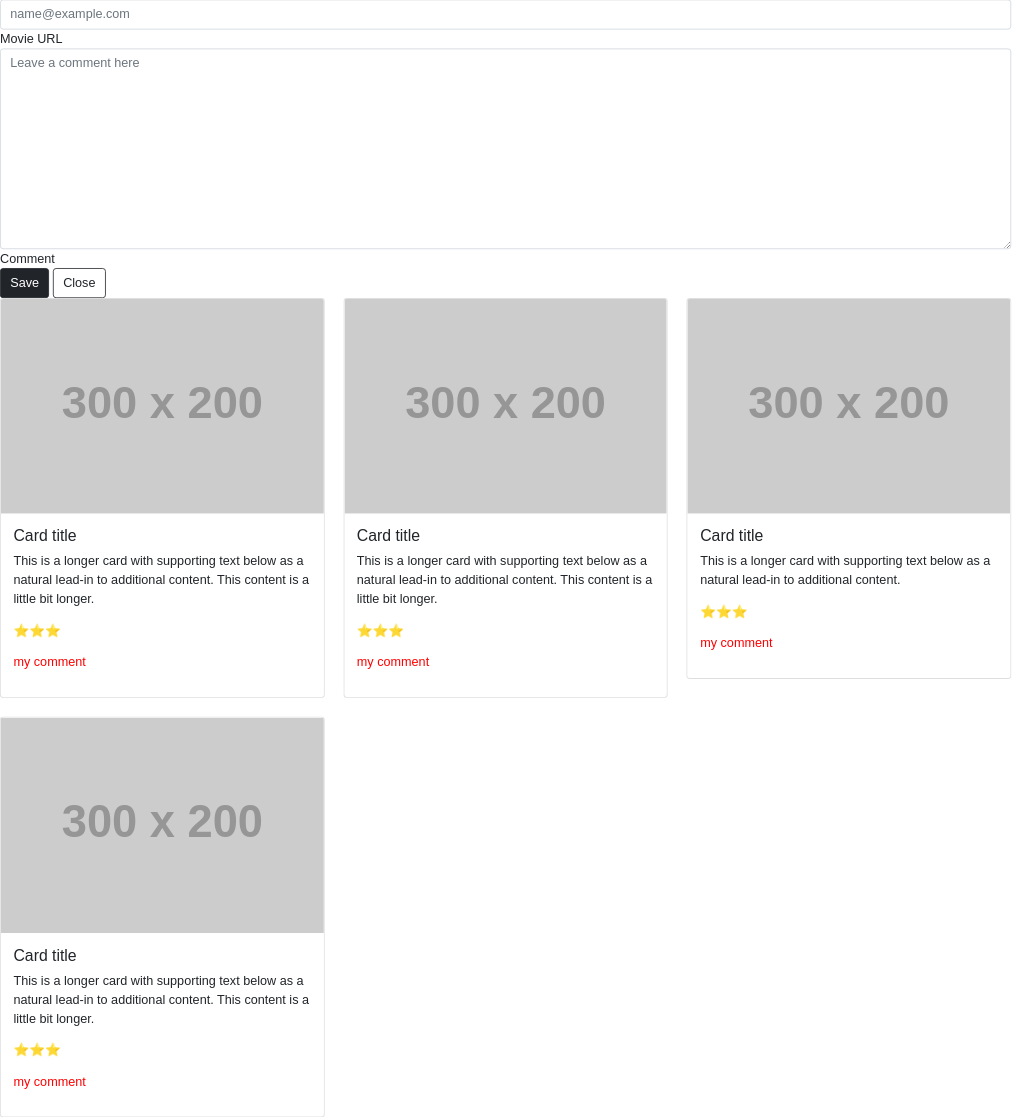
Repository: sinayaka-body/sparta
Page: frontend/bootstrap.html
An editor plug-in stored every save of this project. The page is shown before and after the next save, followed by the edit.
The browser window is 1280 px wide. The page is 1292 px wide, so the pictures cover 1292 px, including what lies to the right of the window. The pictures show the part of the page from y = 250 to 1725 px (the page is 1665 px tall before and 1725 px after), at 79% of full size.
Some web fonts or font styles are not loaded; a fallback is used.

Above is the page before, as saved 2023-04-15 16:39:06.

After the next save:
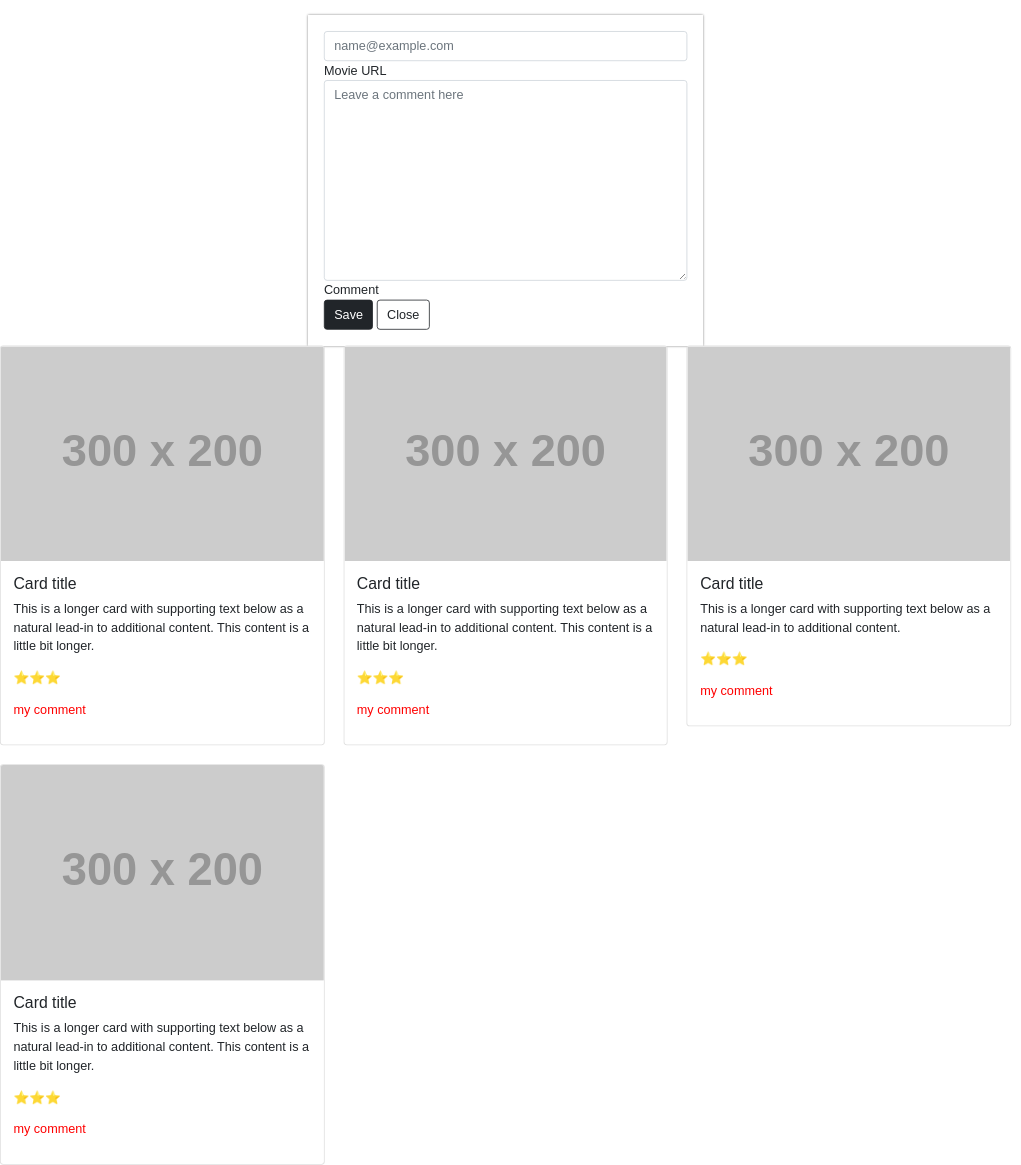
Saved 6 s later.
--- a/frontend/bootstrap.html
+++ b/frontend/bootstrap.html
@@ -50,7 +50,7 @@
         border: 2px solid white;
       }
 
-      .mypost {
+      .review_post {
         width: 95%;
         max-width: 500px;
         margin: 20px auto 0px auto;
